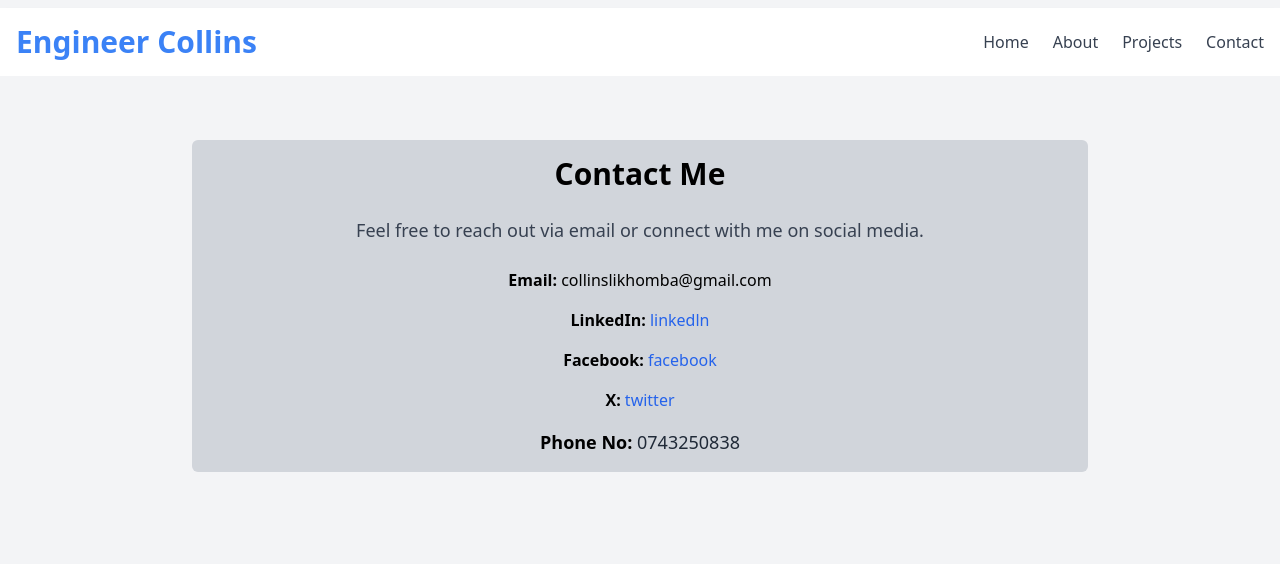
Repository: Engineer-collo/Portfolio
Page: /contact
The author's editor kept a copy of each file at every save. The page is drawn from the files as they stood at one save, then again after the next save.
The browser window is 1280 px wide. The pictures show the whole page.
The project was rebuilt for these pictures with package versions that can differ from the ones it lists, and the page was loaded fresh each time. Also part of the build but not shown: vite.config.js, src/pages/Footer.jsx, src/pages/HomePage.jsx, src/pages/About.jsx, src/pages/Projects.jsx, src/pages/Blog.jsx, src/pages/Skills.jsx.

Above is the page before, as saved 2025-06-07 17:21:33.

### index.html
<!DOCTYPE html>
<html lang="en">
<head>
  <meta charset="UTF-8">
  <meta name="viewport" content="width=device-width, initial-scale=1.0">
  <title>Portfolio</title>
</head>
<body class="bg-gray-100">
  <div id="root"></div>
  <script type="module" src="/src/main.jsx"></script>
</body>
</html>

### src/main.jsx
import React from 'react'
import ReactDOM from 'react-dom/client'
import './index.css'
import App from './App'

ReactDOM.createRoot(document.getElementById('root')).render(
  <React.StrictMode>
    <App />
  </React.StrictMode>,
)

### src/App.jsx
import { BrowserRouter as Router, Route, Routes } from "react-router-dom";
import HomePage from "./pages/HomePage";
import About from "./pages/About";
import Project from "./pages/Projects";
import Contact from "./pages/Contact";
import Blog from "./pages/Blog";
import Skills from "./pages/Skills";

function App() {
  return (
    <Router>

      <Routes>
        <Route path="/" element={<HomePage />} />
        <Route path="/about" element={<About />} />
        <Route path="/projects" element={<Project />} />
        <Route path="/contact" element={<Contact />} />
        <Route path="/skills" element={<Skills />} />
        <Route path="/blog" element={<Blog />} />


      </Routes>
    </Router>
  );
}

export default App;

### src/pages/Contact.jsx
import Navbar from "../components/Navbar";

const Contact = () => {
  return (
    <>
      <div>
        <Navbar />
        {/* Contact Section */}
        <section id="contact" className="bg-gray-100 py-16">
          <div className=" bg-gray-300 rounded-md p-4 max-w-4xl mx-auto px-4 text-center">
            <h3 className="text-3xl font-semibold mb-6">Contact Me</h3>
            <p className="text-lg mb-6 text-gray-700">
              Feel free to reach out via email or connect with me on social media.
            </p>
            <div className="space-y-4">
              <p><strong>Email:</strong> collinslikhomba@gmail.com</p>
              <p>
                <strong>LinkedIn:</strong>{" "}
                <a
                  href="https://www.linkedin.com/feed/"
                  target="_blank"
                  rel="noopener noreferrer"
                  className="text-blue-600 hover:underline"
                >
                  linkedln
                </a>
              </p>
              <p>
                <strong>Facebook:</strong>{" "}
                <a
                  href="https://web.facebook.com/profile.php?id=100005185668731"
                  target="_blank"
                  rel="noopener noreferrer"
                  className="text-blue-600 hover:underline"
                >
                  facebook
                </a>
              </p>
              <p>
                <strong>X:</strong>{" "}
                <a
                  href="https://x.com/CollinsLikhomba"
                  target="_blank"
                  rel="noopener noreferrer"
                  className="text-blue-600 hover:underline"
                >
                  twitter
                </a>
              </p>
              <p className="font-medium text-lg font-sans text-gray-800">
                <strong className="text-black">Phone No:</strong> 0743250838
              </p>
            </div>
          </div>
        </section>
      </div>
    </>
  );
};

export default Contact;

### src/components/Navbar.jsx
import React, { useState } from 'react';
import { Link } from 'react-router-dom';

const Navbar = () => {
  const [isOpen, setIsOpen] = useState(false);

  const toggleMenu = () => setIsOpen(!isOpen);

  return (
    <header className=" mt-2 bg-white shadow-md">
      <div className="max-w-7xl mx-auto px-4 py-4 flex justify-between items-center">
        <h1 className="text-3xl font-bold text-gray-800">        <Link to="/" className="hover:text-blue-500 text-gray-700 transition"><span className='text-blue-500'>Engineer Collins</span></Link>
        </h1>

        {/* Desktop nav */}
        <nav className="space-x-6 hidden md:flex">
        <Link to="/" className="hover:text-blue-500 text-gray-700 transition">Home</Link>
          <Link to="/about" className="hover:text-blue-500 text-gray-700 transition">About</Link>
          <Link to="/projects" className="hover:text-blue-500 text-gray-700 transition">Projects</Link>
          <Link to="/contact" className="hover:text-blue-500 text-gray-700 transition">Contact</Link>
        </nav>

        {/* Mobile menu toggle */}
        <div className="md:hidden">
          <button onClick={toggleMenu} className="text-gray-700 focus:outline-none">
            <svg className="h-6 w-6" fill="none" stroke="currentColor" strokeWidth="2" viewBox="0 0 24 24">
              <path strokeLinecap="round" strokeLinejoin="round" d={isOpen ? 'M6 18L18 6M6 6l12 12' : 'M4 6h16M4 12h16M4 18h16'} />
            </svg>
          </button>
        </div>
      </div>

      {/* Mobile nav links */}
      {isOpen && (
        <nav className="md:hidden px-4 pb-4 space-y-2">
          <Link to="/about" className="block text-gray-700 hover:text-blue-500">About</Link>
          <Link to="/projects" className="block text-gray-700 hover:text-blue-500">Projects</Link>
          <Link to="/contact" className="block text-gray-700 hover:text-blue-500">Contact</Link>
        </nav>
      )}
    </header>
  );
};

export default Navbar;

Loaded but not shown: src/index.css (common file); tailwind.config.js (common file)

After the next save:
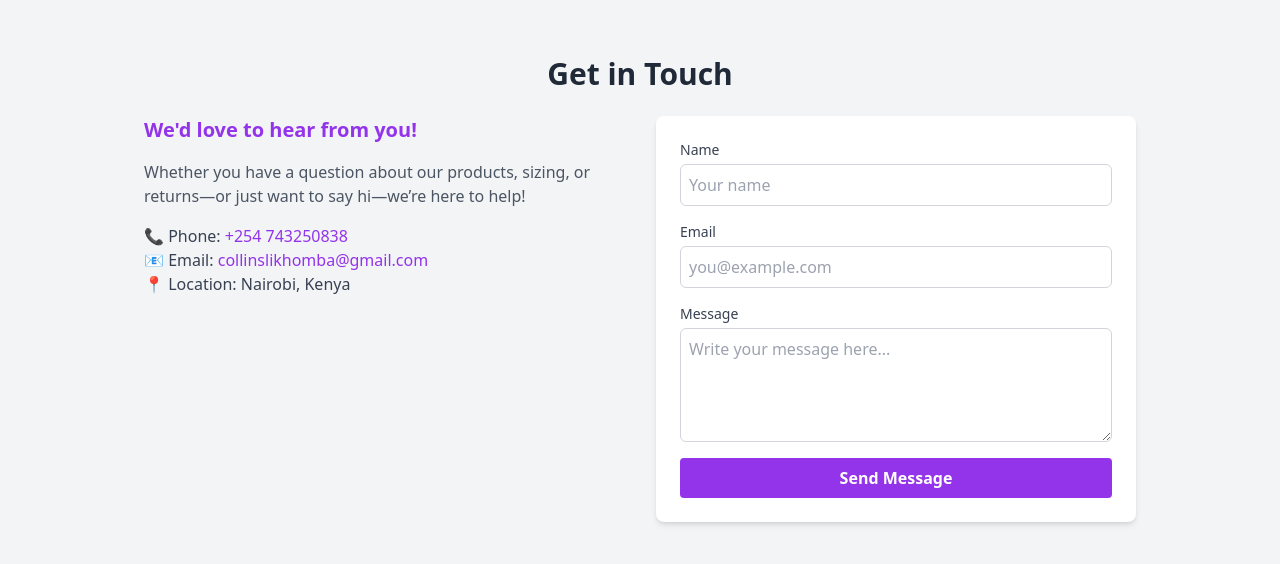
Saved 2 min 25 s later.
--- a/src/pages/Contact.jsx
+++ b/src/pages/Contact.jsx
@@ -1,60 +1,93 @@
-import Navbar from "../components/Navbar";
+import React, { useState } from 'react';
 
-const Contact = () => {
+const Contact = ({ showSuccessToast }) => {
+  const [form, setForm] = useState({ name: '', email: '', message: '' });
+
+  const handleChange = (e) => {
+    setForm({ ...form, [e.target.name]: e.target.value });
+  };
+
+  const handleSubmit = (e) => {
+    e.preventDefault();
+    showSuccessToast("Message sent Successfully.");
+    setForm({ name: '', email: '', message: '' });
+  };
+
   return (
-    <>
-      <div>
-        <Navbar />
-        {/* Contact Section */}
-        <section id="contact" className="bg-gray-100 py-16">
-          <div className=" bg-gray-300 rounded-md p-4 max-w-4xl mx-auto px-4 text-center">
-            <h3 className="text-3xl font-semibold mb-6">Contact Me</h3>
-            <p className="text-lg mb-6 text-gray-700">
-              Feel free to reach out via email or connect with me on social media.
+    <div className="max-w-5xl mx-auto p-4 mt-10">
+      <h2 className="text-3xl font-bold text-center mb-6 text-gray-800">Get in Touch</h2>
+
+      <div className="grid grid-cols-1 md:grid-cols-2 gap-8">
+        {/* Left Info Section */}
+        <div className="space-y-4">
+          <h3 className="text-xl font-semibold text-purple-600">We'd love to hear from you!</h3>
+          <p className="text-gray-600">
+            Whether you have a question about our products, sizing, or returns—or just want to say hi—we’re here to help!
+          </p>
+          <div>
+            <p className="text-gray-700 font-medium">
+              📞 Phone: <a href="tel:0743250838" className="font-normal text-purple-600 hover:underline">+254 743250838</a>
             </p>
-            <div className="space-y-4">
-              <p><strong>Email:</strong> collinslikhomba@gmail.com</p>
-              <p>
-                <strong>LinkedIn:</strong>{" "}
-                <a
-                  href="https://www.linkedin.com/feed/"
-                  target="_blank"
-                  rel="noopener noreferrer"
-                  className="text-blue-600 hover:underline"
-                >
-                  linkedln
-                </a>
-              </p>
-              <p>
-                <strong>Facebook:</strong>{" "}
-                <a
-                  href="https://web.facebook.com/profile.php?id=100005185668731"
-                  target="_blank"
-                  rel="noopener noreferrer"
-                  className="text-blue-600 hover:underline"
-                >
-                  facebook
-                </a>
-              </p>
-              <p>
-                <strong>X:</strong>{" "}
-                <a
-                  href="https://x.com/CollinsLikhomba"
-                  target="_blank"
-                  rel="noopener noreferrer"
-                  className="text-blue-600 hover:underline"
-                >
-                  twitter
-                </a>
-              </p>
-              <p className="font-medium text-lg font-sans text-gray-800">
-                <strong className="text-black">Phone No:</strong> 0743250838
-              </p>
-            </div>
+            <p className="text-gray-700 font-medium">
+              📧 Email: <a href="mailto:collinslikhomba@gmail.com" className="font-normal text-purple-600 hover:underline">collinslikhomba@gmail.com</a>
+            </p>
+            <p className="text-gray-700 font-medium">
+              📍 Location: <span className="font-normal">Nairobi, Kenya</span>
+              {/* Optional: <a href="https://goo.gl/maps/..." target="_blank" rel="noopener noreferrer" className="ml-2 text-purple-600 hover:underline">View on Map</a> */}
+            </p>
           </div>
-        </section>
+        </div>
+
+        {/* Right Form Section */}
+        <form onSubmit={handleSubmit} className="space-y-4 bg-white shadow-md rounded-lg p-6">
+          <div>
+            <label className="block text-sm font-medium text-gray-700">Name</label>
+            <input
+              type="text"
+              name="name"
+              value={form.name}
+              onChange={handleChange}
+              required
+              className="mt-1 block w-full p-2 border border-gray-300 rounded-md focus:ring-purple-500 focus:border-purple-500"
+              placeholder="Your name"
+            />
+          </div>
+
+          <div>
+            <label className="block text-sm font-medium text-gray-700">Email</label>
+            <input
+              type="email"
+              name="email"
+              value={form.email}
+              onChange={handleChange}
+              required
+              className="mt-1 block w-full p-2 border border-gray-300 rounded-md focus:ring-purple-500 focus:border-purple-500"
+              placeholder="you@example.com"
+            />
+          </div>
+
+          <div>
+            <label className="block text-sm font-medium text-gray-700">Message</label>
+            <textarea
+              name="message"
+              value={form.message}
+              onChange={handleChange}
+              required
+              rows="4"
+              className="mt-1 block w-full p-2 border border-gray-300 rounded-md focus:ring-purple-500 focus:border-purple-500"
+              placeholder="Write your message here..."
+            />
+          </div>
+
+          <button
+            type="submit"
+            className="w-full bg-purple-600 hover:bg-purple-700 text-white font-semibold py-2 px-4 rounded"
+          >
+            Send Message
+          </button>
+        </form>
       </div>
-    </>
+    </div>
   );
 };
 

After the 4 saves that followed:
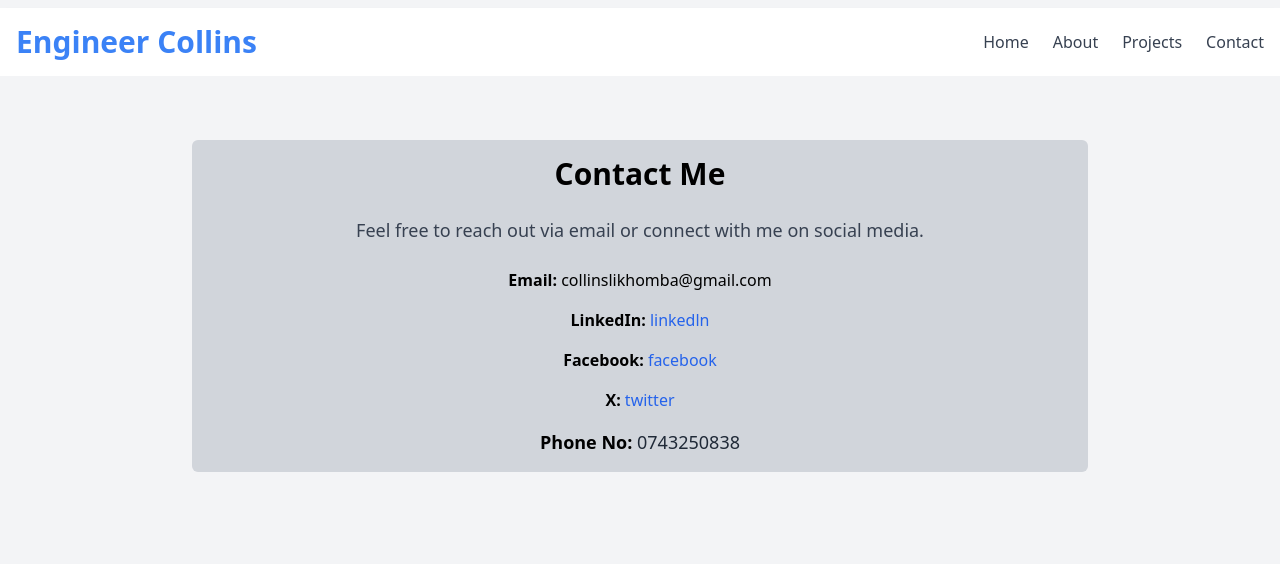
The 4 saves are shown as one change because 1 left the picture as it was and some came seconds apart.
The last was saved 84 s later.
--- a/src/pages/Contact.jsx
+++ b/src/pages/Contact.jsx
@@ -1,93 +1,60 @@
-import React, { useState } from 'react';
+import Navbar from "../components/Navbar";
 
-const Contact = ({ showSuccessToast }) => {
-  const [form, setForm] = useState({ name: '', email: '', message: '' });
-
-  const handleChange = (e) => {
-    setForm({ ...form, [e.target.name]: e.target.value });
-  };
-
-  const handleSubmit = (e) => {
-    e.preventDefault();
-    showSuccessToast("Message sent Successfully.");
-    setForm({ name: '', email: '', message: '' });
-  };
-
+const Contact = () => {
   return (
-    <div className="max-w-5xl mx-auto p-4 mt-10">
-      <h2 className="text-3xl font-bold text-center mb-6 text-gray-800">Get in Touch</h2>
-
-      <div className="grid grid-cols-1 md:grid-cols-2 gap-8">
-        {/* Left Info Section */}
-        <div className="space-y-4">
-          <h3 className="text-xl font-semibold text-purple-600">We'd love to hear from you!</h3>
-          <p className="text-gray-600">
-            Whether you have a question about our products, sizing, or returns—or just want to say hi—we’re here to help!
-          </p>
-          <div>
-            <p className="text-gray-700 font-medium">
-              📞 Phone: <a href="tel:0743250838" className="font-normal text-purple-600 hover:underline">+254 743250838</a>
+    <>
+      <div>
+        <Navbar />
+        {/* Contact Section */}
+        <section id="contact" className="bg-gray-100 py-16">
+          <div className=" bg-gray-300 rounded-md p-4 max-w-4xl mx-auto px-4 text-center">
+            <h3 className="text-3xl font-semibold mb-6">Contact Me</h3>
+            <p className="text-lg mb-6 text-gray-700">
+              Feel free to reach out via email or connect with me on social media.
             </p>
-            <p className="text-gray-700 font-medium">
-              📧 Email: <a href="mailto:collinslikhomba@gmail.com" className="font-normal text-purple-600 hover:underline">collinslikhomba@gmail.com</a>
-            </p>
-            <p className="text-gray-700 font-medium">
-              📍 Location: <span className="font-normal">Nairobi, Kenya</span>
-              {/* Optional: <a href="https://goo.gl/maps/..." target="_blank" rel="noopener noreferrer" className="ml-2 text-purple-600 hover:underline">View on Map</a> */}
-            </p>
+            <div className="space-y-4">
+              <p><strong>Email:</strong> collinslikhomba@gmail.com</p>
+              <p>
+                <strong>LinkedIn:</strong>{" "}
+                <a
+                  href="https://www.linkedin.com/feed/"
+                  target="_blank"
+                  rel="noopener noreferrer"
+                  className="text-blue-600 hover:underline"
+                >
+                  linkedln
+                </a>
+              </p>
+              <p>
+                <strong>Facebook:</strong>{" "}
+                <a
+                  href="https://web.facebook.com/profile.php?id=100005185668731"
+                  target="_blank"
+                  rel="noopener noreferrer"
+                  className="text-blue-600 hover:underline"
+                >
+                  facebook
+                </a>
+              </p>
+              <p>
+                <strong>X:</strong>{" "}
+                <a
+                  href="https://x.com/CollinsLikhomba"
+                  target="_blank"
+                  rel="noopener noreferrer"
+                  className="text-blue-600 hover:underline"
+                >
+                  twitter
+                </a>
+              </p>
+              <p className="font-medium text-lg font-sans text-gray-800">
+                <strong className="text-black">Phone No:</strong> 0743250838
+              </p>
+            </div>
           </div>
-        </div>
-
-        {/* Right Form Section */}
-        <form onSubmit={handleSubmit} className="space-y-4 bg-white shadow-md rounded-lg p-6">
-          <div>
-            <label className="block text-sm font-medium text-gray-700">Name</label>
-            <input
-              type="text"
-              name="name"
-              value={form.name}
-              onChange={handleChange}
-              required
-              className="mt-1 block w-full p-2 border border-gray-300 rounded-md focus:ring-purple-500 focus:border-purple-500"
-              placeholder="Your name"
-            />
-          </div>
-
-          <div>
-            <label className="block text-sm font-medium text-gray-700">Email</label>
-            <input
-              type="email"
-              name="email"
-              value={form.email}
-              onChange={handleChange}
-              required
-              className="mt-1 block w-full p-2 border border-gray-300 rounded-md focus:ring-purple-500 focus:border-purple-500"
-              placeholder="you@example.com"
-            />
-          </div>
-
-          <div>
-            <label className="block text-sm font-medium text-gray-700">Message</label>
-            <textarea
-              name="message"
-              value={form.message}
-              onChange={handleChange}
-              required
-              rows="4"
-              className="mt-1 block w-full p-2 border border-gray-300 rounded-md focus:ring-purple-500 focus:border-purple-500"
-              placeholder="Write your message here..."
-            />
-          </div>
-
-          <button
-            type="submit"
-            className="w-full bg-purple-600 hover:bg-purple-700 text-white font-semibold py-2 px-4 rounded"
-          >
-            Send Message
-          </button>
-        </form>
+        </section>
       </div>
-    </div>
+    </>
   );
 };
 
